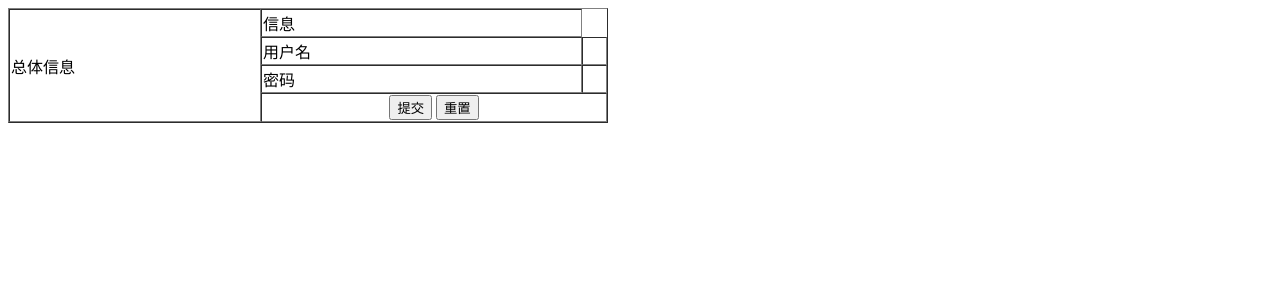
Repository: fixbb/workspace
Page: 008表单/index.html
The author's editor kept a copy of each file at every save. The page is drawn from the files as they stood at one save, then again after the next save.
The browser window is 1280 px wide. The pictures show the whole page.

Above is the page before, as saved 2021-08-24 10:34:00.

### 008表单/index.html
<!DOCTYPE html>
<html lang="en">

<head>
    <meta charset="UTF-8">
    <meta http-equiv="X-UA-Compatible" content="IE=edge">
    <meta name="viewport" content="width=device-width, initial-scale=1.0">
    <title>表单</title>
</head>

<body>
    <table width="600px" border="1" cellspacing="0">
        <tbody>
            <tr>
                <td rowspan="4">总体信息</td>
                <td>信息</td>

            </tr>
            <tr>

                <td>用户名</td>
                <td></td>
            </tr>
            <tr>

                <td>密码</td>
                <td></td>
            </tr>
            <tr>

                <th colspan="2">
                    <button>提交</button>
                    <button>重置</button>
                </th>

            </tr>
        </tbody>
    </table>
</body>

</html>

After the next save:
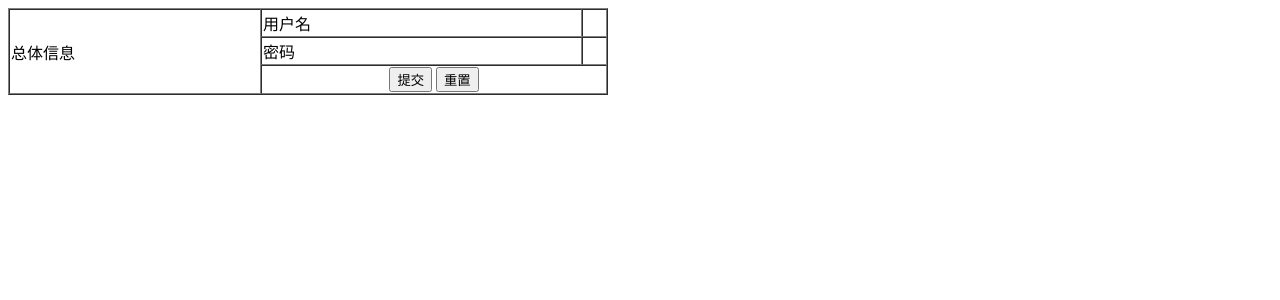
Saved 26 s later.
--- a/008表单/index.html
+++ b/008表单/index.html
@@ -13,8 +13,6 @@
         <tbody>
             <tr>
                 <td rowspan="4">总体信息</td>
-                <td>信息</td>
-
             </tr>
             <tr>
 

After the save that followed:
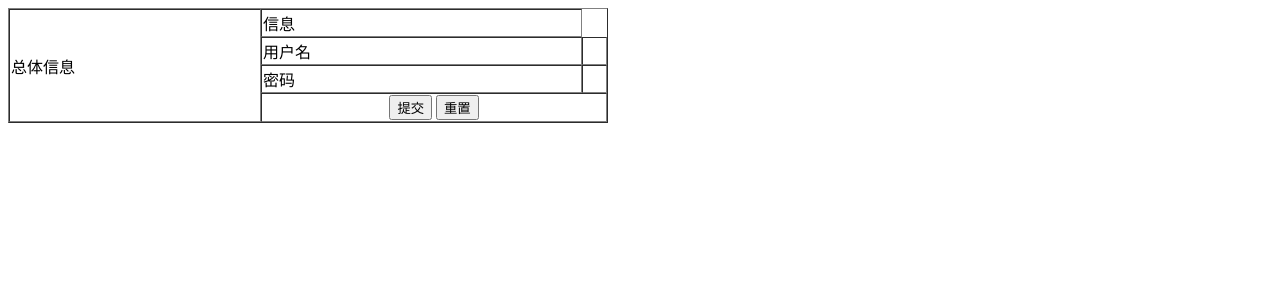
Saved 14 s later.
--- a/008表单/index.html
+++ b/008表单/index.html
@@ -13,6 +13,8 @@
         <tbody>
             <tr>
                 <td rowspan="4">总体信息</td>
+                <td>信息</td>
+
             </tr>
             <tr>
 
